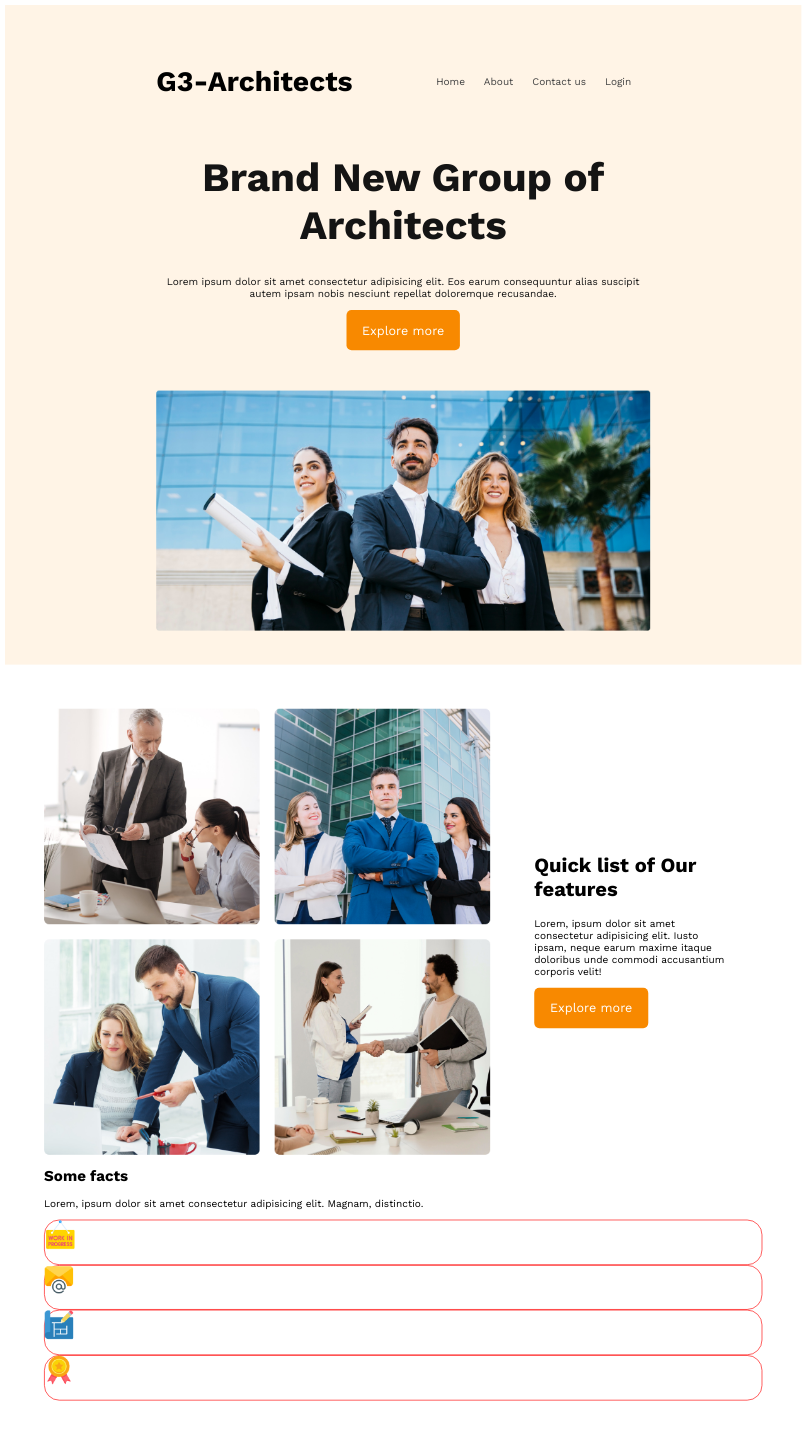
Repository: RudrasahaDibos/architects-resources
Page: index.html
An editor plug-in stored every save of this project. The page is shown before and after a run of saves, followed by the edit.
The browser window is 1280 px wide. The pictures show the whole page, at 63% of full size.

Above is the page before, as saved 2024-10-06 22:05:12.

### index.html
<!DOCTYPE html>
<html lang="en">
<head>
    <meta charset="UTF-8">
    <meta name="viewport" content="width=device-width, initial-scale=1.0">
    <link rel="stylesheet" href="index.css">
    <title>Responsive web side</title>
</head>
<body>
       <header>
              <nav>
                <h3 class="nav-title">G3-Architects</h3>
              <ul>
                 <li><a href="">Home</a></li>
                 <li><a href="">About</a></li>
                 <li><a href="">Contact us</a></li>
                 <li><a href="">Login</a></li>
              </ul>
              </nav>
             <div class="banner">
                <div class="banner-content">
                     <h1 class="banner-title">Brand New Group of Architects</h1>
                     <p class="banner-discription">Lorem ipsum dolor sit amet consectetur adipisicing elit. Eos earum consequuntur alias suscipit autem ipsam nobis nesciunt repellat doloremque recusandae.</p>
                     <button class="btn-banner">Explore more</button>
                </div>
                 <img src="images/banner.png" alt="">
             </div>

       </header>
       <main>
                <section class="team-container">
                        <div class="team-container-img">
                            <img src="images/team1.png" alt="">
                            <img src="images/team2.png" alt="">
                            <img src="images/team3.png" alt="">
                            <img src="images/team4.png" alt="">
                        </div>
                        <div class="team-content">
                             <h1 class="team-title">Quick list of Our features</h1>
                             <p class="team-discription">Lorem, ipsum dolor sit amet consectetur adipisicing elit. Iusto ipsam, neque earum maxime itaque doloribus unde commodi accusantium corporis velit!</p>
                             <button class="btn-banner">Explore more</button>
                            </div>

                </section>
                <!-- features -->
                 <section>

                 </section>
                 <!-- some -->
                  <section class="some-container">
                         <h1 class="some-title">Some facts</h1>
                    <p class="some-discription">Lorem, ipsum dolor sit amet consectetur
                      adipisicing elit. Magnam, distinctio.</p>
                   <div class="fact-card-container">
                          <div class="card">
                            <img src="/images/icons/customers.png" alt="">
                            <h2 class="card-start"></h2>
                            <p class="card-title"></p>
                          </div>
                          <div class="card">
                            <img src="/images/icons/email.png" alt="">
                            <h2 class="card-start"></h2>
                            <p class="card-title"></p>
                          </div>
                          <div class="card">
                            <img src="/images/icons/projects.png" alt="">
                            <h2 class="card-start"></h2>
                            <p class="card-title"></p>
                          </div>
                          <div class="card">
                            <img src="/images/icons/ribon.png" alt="">
                            <h2 class="card-start"></h2>
                            <p class="card-title"></p>
                          </div>
                  </div>
                  </section>
       </main>
       <footer>

       </footer>
</body>
</html>

### index.css
@import url('https://fonts.googleapis.com/css2?family=Work+Sans:ital,wght@0,100..900;1,100..900&display=swap');
/* shared section
 */
*{
    font-family: "Lato", sans-serif;
    font-family: "Open Sans", sans-serif;
    font-family: "Work sans", sans-serif;


}
.btn-banner{
    background-color: rgb(248, 137, 0);
    border-radius: 8px;
    font-size: 20px;
    padding: 20px 25px;
    color: #fff;
    border: 0;

}

/* header section */
header{
    background-color: rgba(255,144,14,0.10);
    padding: 50px 240px;

}
.nav-title{
    font-size: 2.8rem;
    font-weight: 700px;
}
nav{
    display: flex;
    justify-content: space-between;
    align-items: center;
}
nav >ul{
    display: flex;
}
nav li{
    list-style: none;
    margin-right: 30px;
    font-weight: 500px;
    font-size: 1rem;
}
 nav li a{
    text-decoration: none;
    color: #424242;
 }

 /* banner style */

 .banner-content{
    max-width: 800px;
    text-align: center;
    margin: 0 auto;
 }
 .banner-title{
    font-size: 4rem;
    font-weight: 700;
    color: #141414;
 }
 .banner-discription{
    color: #141414;
 }
 .banner img{
    margin-top: 4rem;
    width: 100%;
 }






 /* main  */

 main{
    max-width: 1140px;
    margin: 70px auto;

 }
 .team-container{
    display: flex;
    align-items: center;
 }
 .team-container-img{
    display: grid;
    grid-template-columns: repeat(2,1fr);
    gap: 1.5rem;
 }
 .team-content{
    margin-right: 60px  ;
    margin-left: 70px;
 }
 .team-title{
    font-size: 2.0rem;
 }

 /* some */
 .fact-card-container .card{
      border-radius: 1.5rem;
      border: 1px solid red;
 }
 /* media Quary */
 @media screen and (max-width: 576px) {
    header{
        padding: 20px;
    }
    nav, .team-container{
        flex-direction: column;
    }
    .team-container-img{
        grid-template-columns: repeat(1,1fr);
    }

 }

 @media screen and (min-width: 576px) and (max-width: 960px) {
    header{
        padding: 50px;
    }
    nav,.team-container{
        flex-direction: column;
    }
    .team-container-img{
        grid-template-columns: repeat(1,1fr);
    }
 }

After the next 3 saves:
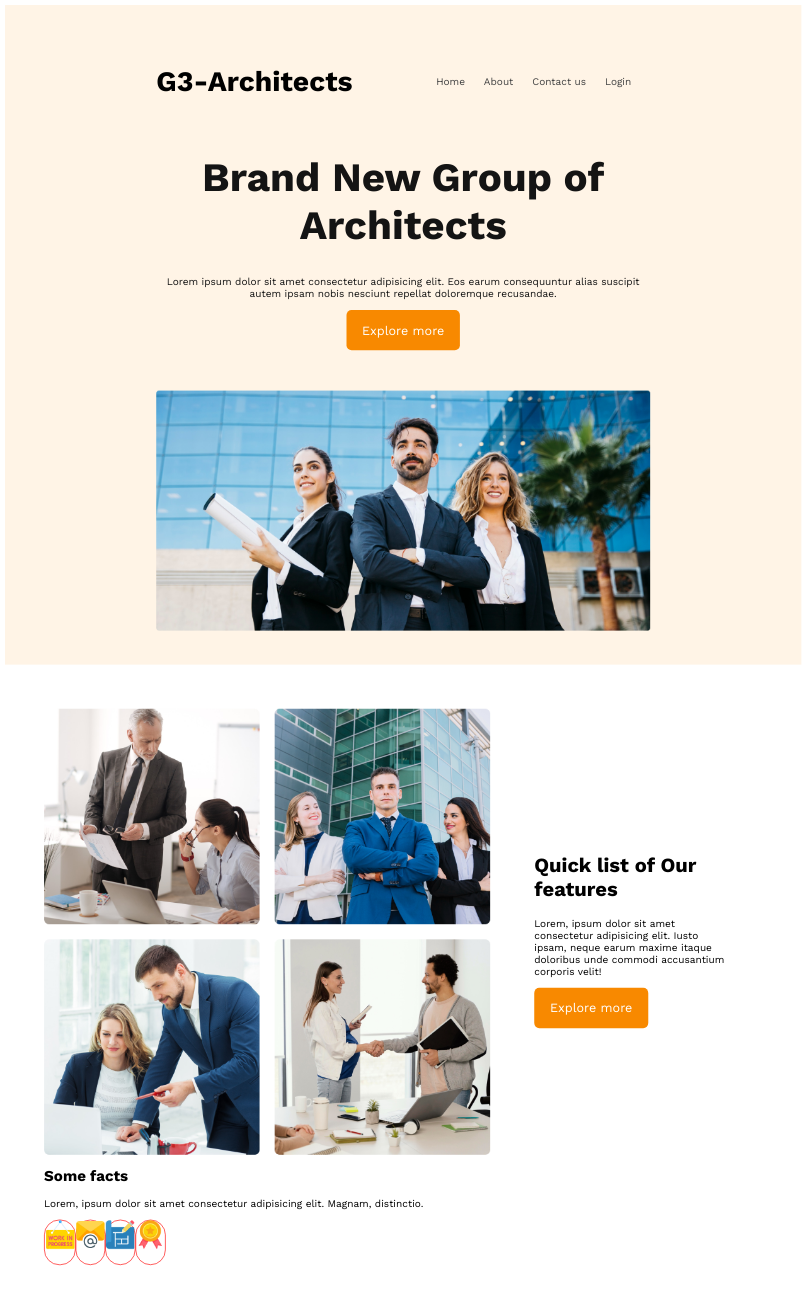
The 3 saves are shown as one change because they came seconds apart.
The last was saved 10 s later.
--- a/index.css
+++ b/index.css
@@ -101,6 +101,9 @@ nav li{
       border-radius: 1.5rem;
       border: 1px solid red;
  }
+ .fact-card-container{
+    display: flex;
+ }
  /* media Quary */
  @media screen and (max-width: 576px) {
     header{
